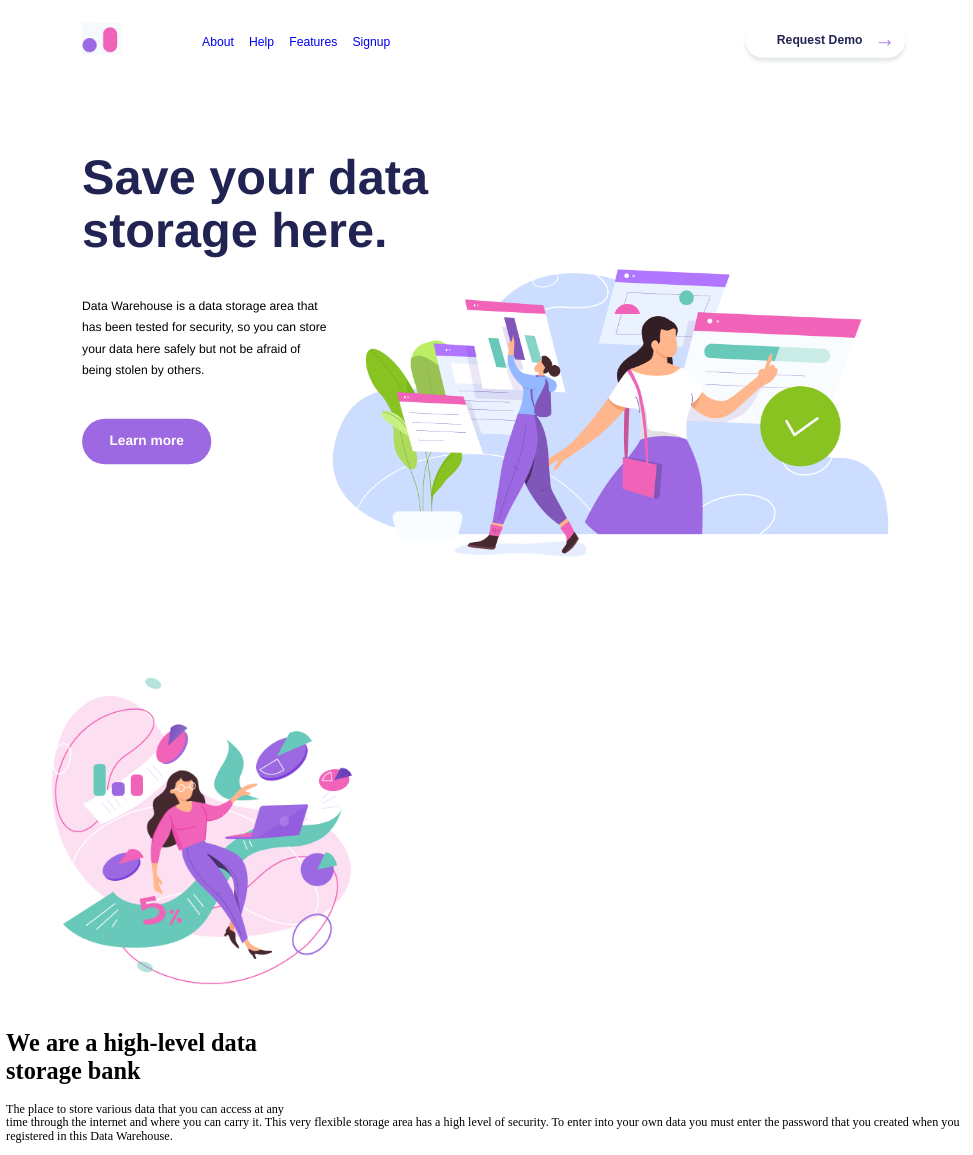
Repository: batonAnton/HW6_flexbox
Page: index.html
An editor plug-in stored every save of this project. The page is shown before and after the next save, followed by the edit.
The browser window is 1280 px wide. The pictures show the whole page, at 76% of full size.
Some web fonts or font styles are not loaded; a fallback is used.

Above is the page before, as saved 2022-06-18 11:29:12.

After the next save:
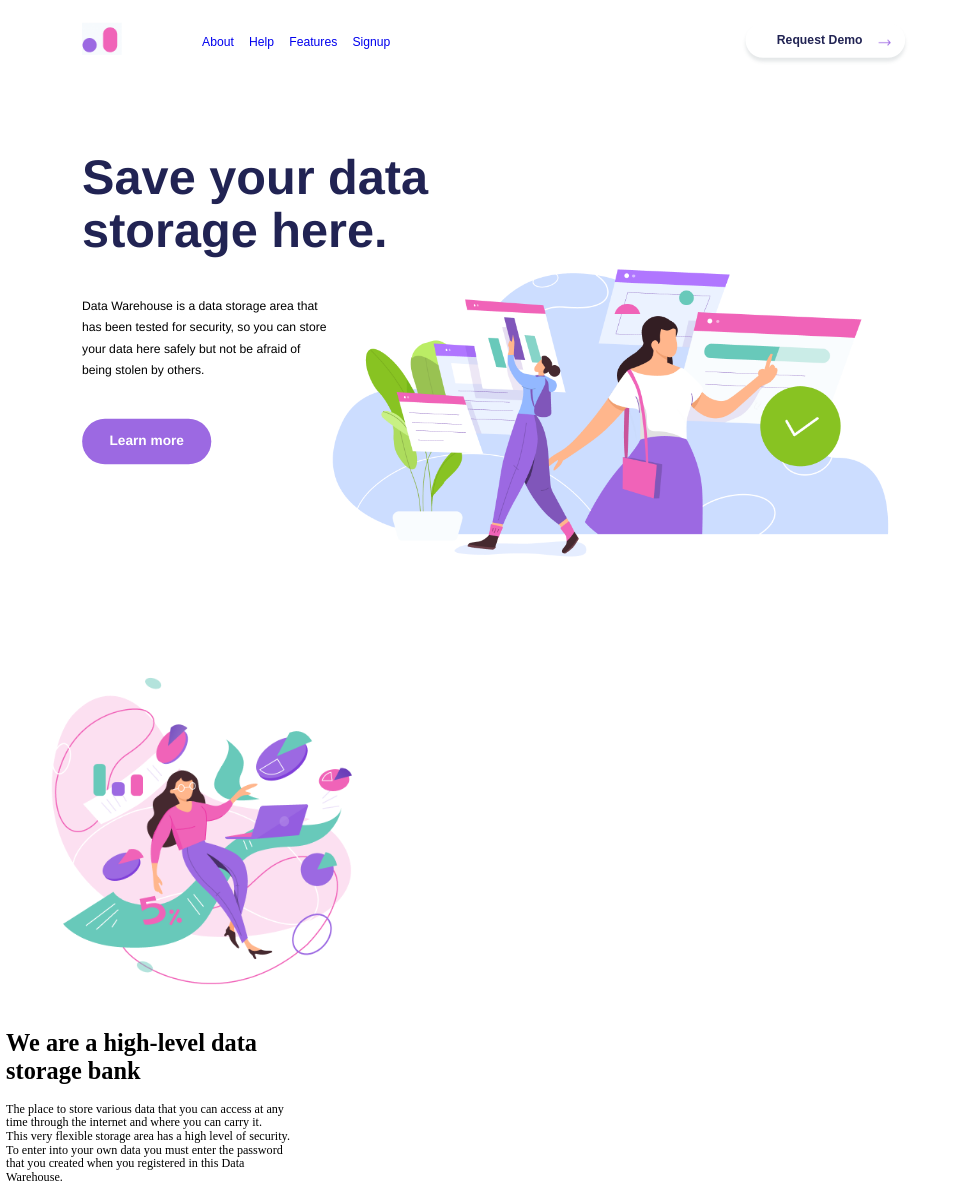
Saved 5 min 1 s later.
--- a/index.html
+++ b/index.html
@@ -65,8 +65,8 @@
         <div class="section2-info">
             <h1>We are a high-level data <br> storage bank</h1>
             <p>
-                The place to store various data that you can access at any <br> time through the internet  and where you can carry it.
-                This very flexible storage area has a high level of security. To enter into your own data you must enter the password that you created when you registered in this Data Warehouse.
+                The place to store various data that you can access at any <br> time through the internet  and where you can carry it. <br>
+                This very flexible storage area has a high level of security. <br> To enter into your own data you must enter the password <br> that you created when you registered in this Data <br> Warehouse.
             </p>
         </div>
     </div>
